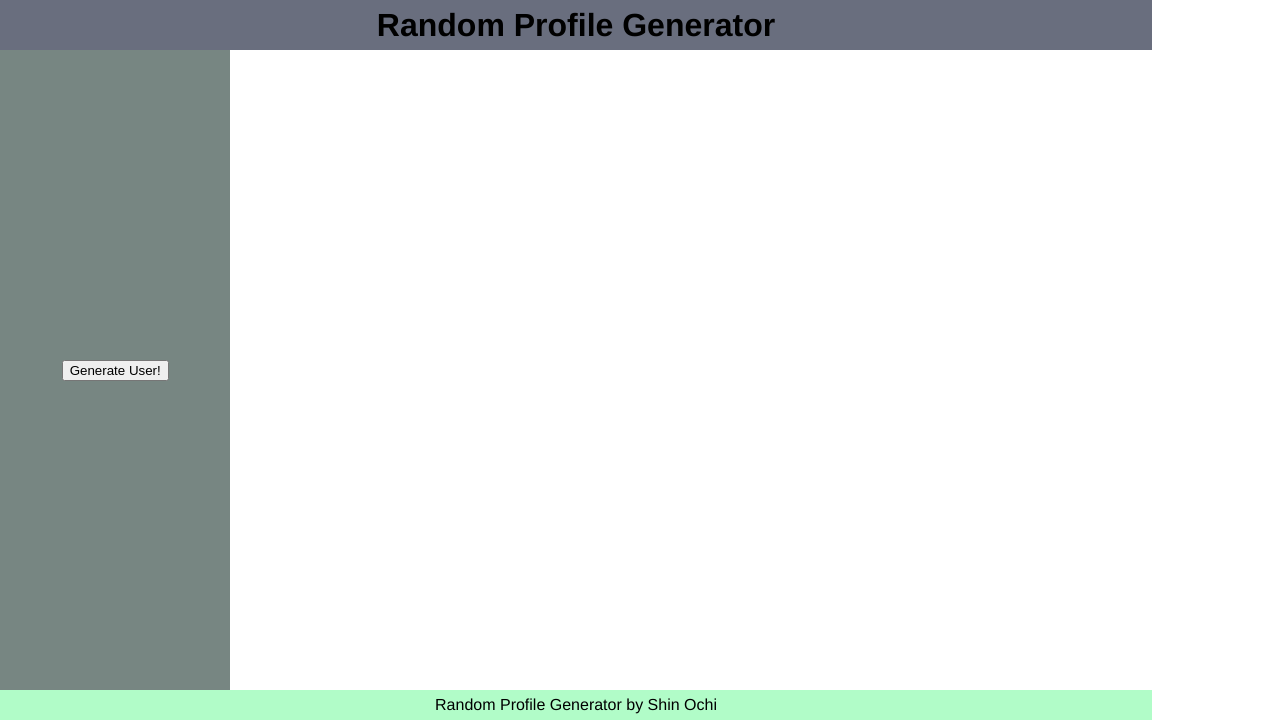
Repository: swaroopu-kr/Web-Application
Page: index.html
An editor plug-in stored every save of this project. The page is shown before and after a run of saves, followed by the edit.
The browser window is 1280 px wide. The pictures show the whole page.

Above is the page before, as saved 2021-11-01 16:58:41.

### index.html
<!DOCTYPE html>
<html>
  <head>
    <meta charset="utf-8">
    <meta name="viewport" content="width=device-width">
    <title>Ajax Weather Lab</title>
    <link href="./style.css" rel="stylesheet" type="text/css" />

    <script src="https://code.jquery.com/jquery-3.6.0.min.js" integrity="sha256-/xUj+3OJU5yExlq6GSYGSHk7tPXikynS7ogEvDej/m4=" crossorigin="anonymous"></script>

    <script defer src="./script.js"></script>
  </head>

  <body>

  <header>

    <h1>Random Profile Generator</h1>

    <br>
    <br>



    </header>

    <main>


    </main>

    <aside>

      <div><button id="btn">Generate User!</button></div>
   </aside>

   <footer>
    <p> Random Profile Generator by Shin Ochi</p>



  </footer>


</body>
</html>

### style.css

      * {
        box-sizing: border-box;
      }

      body {
        height: 100vh;
        width: 90%;
        margin: 0;
        font-family: Helvetica;
        display: grid;
        /* mobile first - single column */
        grid-template-columns: 1fr;
        grid-template-rows: 50px 30px auto 100px;

      }

      header {
        grid-area: hdr;
        background-color: #696e7e;
      }

      footer {
        grid-area: ftr;
        background-color: #b1fcc8;
        align-self:bottom;
      }

      aside{

        background-color: #0421188a;

      }





      header,
      footer,
      aside {
        display: flex;
        justify-content: center;
        align-items: center;
      }

      @media only screen and (min-width: 768px) {
        body {
          grid-template-columns: 1fr 4fr;
          grid-template-rows: 50px auto 30px;
          grid-template-areas:
          "hdr hdr"
          "side content"
          "ftr ftr";
        }

      }



    div, main {

      display: table;
      padding: 1rem;
      border-radius: 7px;
      margin: .15rem;
      text-shadow: 2px 3px 5px #000000;
      /* rem stands for root element metric - by default it's equal to 16 */
      grid-area: content;
        color: white;
        align-items: left;
    }



    .flex-grid {
      display: flex;
      height: 500px;
      width: 45%;
    }
    .grid-item {
      background: #F90;
      border-top: solid 1px #000;
      max-width: 20%;
    }
    .grid-item:nth-child(odd) {
      background: #F00;
      flex: 1 0 50px;

    }

### script.js



BASE_URL = 'https://randomuser.me/api/?results=4';

const $main = $('main');


let btn = document.getElementById('btn');

btn.addEventListener("click", function () {
  fetch(BASE_URL)
    .then(parseJSON)
    .then(newUser)
});

function parseJSON(seperate) {
  return seperate.json();
}

//array info below.

function newUser(profile) {
  $main.html(`

  <div class="flex-grid">
  <div class="grid-item">


  <img src="${profile.results[0].picture.medium}">
  <p>Name: ${profile.results[0].name.first + " " + profile.results[0].name.last}</p>

  <p>Sex: ${profile.results[0].gender}</p>
  <p>Age: ${profile.results[0].dob.age}</p>
  <p>User Name: ${profile.results[0].login.username}</p>
  <p>Email: ${profile.results[0].email}</p>
  <p>Location: ${ profile.results[0].location.city + " " + profile.results[0].location.state}</p>
  <p>Phone: ${ profile.results[0].cell}</p>


  </div>


<br>
<br>

<div class="grid-item">
<img src="${profile.results[1].picture.medium}">
  <p>Name: ${profile.results[1].name.first + " " + profile.results[1].name.last}</p>
  <p>Sex: ${profile.results[1].gender}</p>
  <p>Age: ${profile.results[1].dob.age}</p>
  <p>User Name: ${profile.results[1].login.username}</p>
  <p>Email: ${profile.results[1].email}</p>
  <p>Location: ${ profile.results[1].location.city + " " + profile.results[1].location.state}</p>
  <p>Phone: ${ profile.results[1].cell}</p>
  </div>

<br>
<br>
<div class="grid-item">
<img src="${profile.results[2].picture.medium}">
  <p>Name: ${profile.results[2].name.first + " " + profile.results[2].name.last}</p>
  <p>Sex: ${profile.results[2].gender}</p>
  <p>Age: ${profile.results[2].dob.age}</p>
  <p>User Name: ${profile.results[2].login.username}</p>
  <p>Email: ${profile.results[2].email}</p>
  <p>Location: ${ profile.results[2].location.city + " " + profile.results[2].location.state}</p>
  <p>Phone: ${ profile.results[2].cell}</p>
  </div>
  <div class="grid-item">
  <br>
  <img src="${profile.results[3].picture.medium}">
  <p>Name: ${profile.results[3].name.first + " " + profile.results[3].name.last}</p>
  <p>Sex: ${profile.results[3].gender}</p>
  <p>Age: ${profile.results[3].dob.age}</p>
  <p>User Name: ${profile.results[3].login.username}</p>
  <p>Email: ${profile.results[3].email}</p>
  <p>Location: ${ profile.results[3].location.city + " " + profile.results[2].location.state}</p>
  <p>Phone: ${ profile.results[3].cell}</p>


  </div>
  </div>
`);

  return;
}

After the next 6 saves:
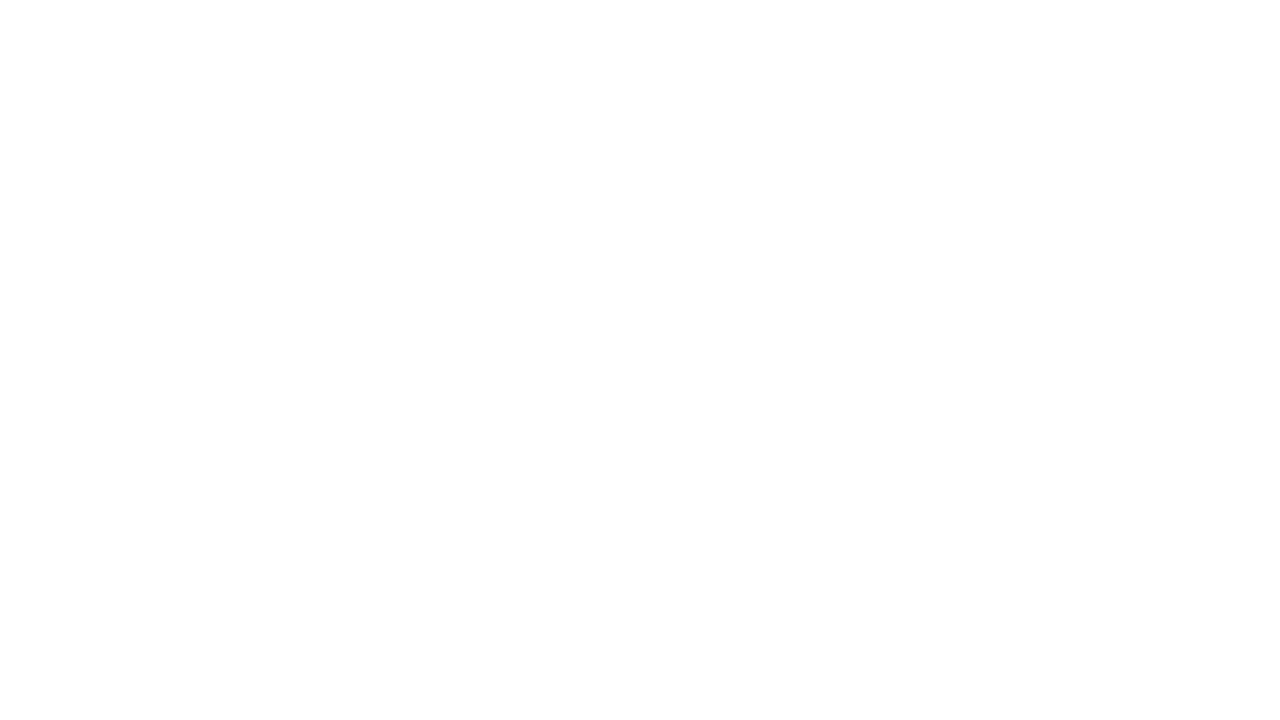
The 6 saves are shown as one change because they came seconds apart.
The last was saved 74 s later.
--- a/index.html
+++ b/index.html
@@ -3,7 +3,7 @@
   <head>
     <meta charset="utf-8">
     <meta name="viewport" content="width=device-width">
-    <title>Ajax Weather Lab</title>
+    <title>Random User Generator/title>
     <link href="./style.css" rel="stylesheet" type="text/css" />
 
     <script src="https://code.jquery.com/jquery-3.6.0.min.js" integrity="sha256-/xUj+3OJU5yExlq6GSYGSHk7tPXikynS7ogEvDej/m4=" crossorigin="anonymous"></script>

After the 3 saves that followed:
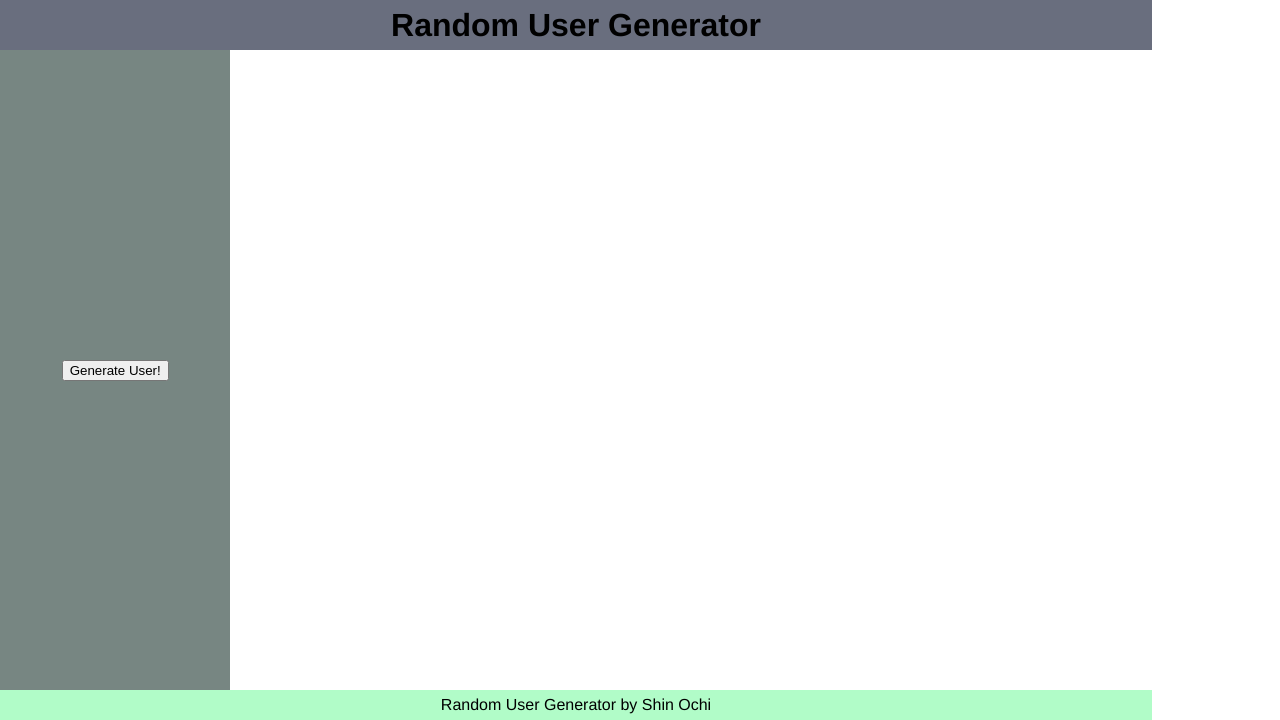
The 3 saves are shown as one change because 2 left the picture as it was.
The last was saved 2 min 23 s later.
--- a/index.html
+++ b/index.html
@@ -3,7 +3,7 @@
   <head>
     <meta charset="utf-8">
     <meta name="viewport" content="width=device-width">
-    <title>Random User Generator/title>
+    <title>Random User Generator</title>
     <link href="./style.css" rel="stylesheet" type="text/css" />
 
     <script src="https://code.jquery.com/jquery-3.6.0.min.js" integrity="sha256-/xUj+3OJU5yExlq6GSYGSHk7tPXikynS7ogEvDej/m4=" crossorigin="anonymous"></script>
@@ -15,7 +15,7 @@
 
   <header>
 
-    <h1>Random Profile Generator</h1>
+    <h1>Random User Generator</h1>
 
     <br>
     <br>
@@ -35,7 +35,7 @@
    </aside>
 
    <footer>
-    <p> Random Profile Generator by Shin Ochi</p>
+    <p> Random User Generator by Shin Ochi</p>
 
 
 
